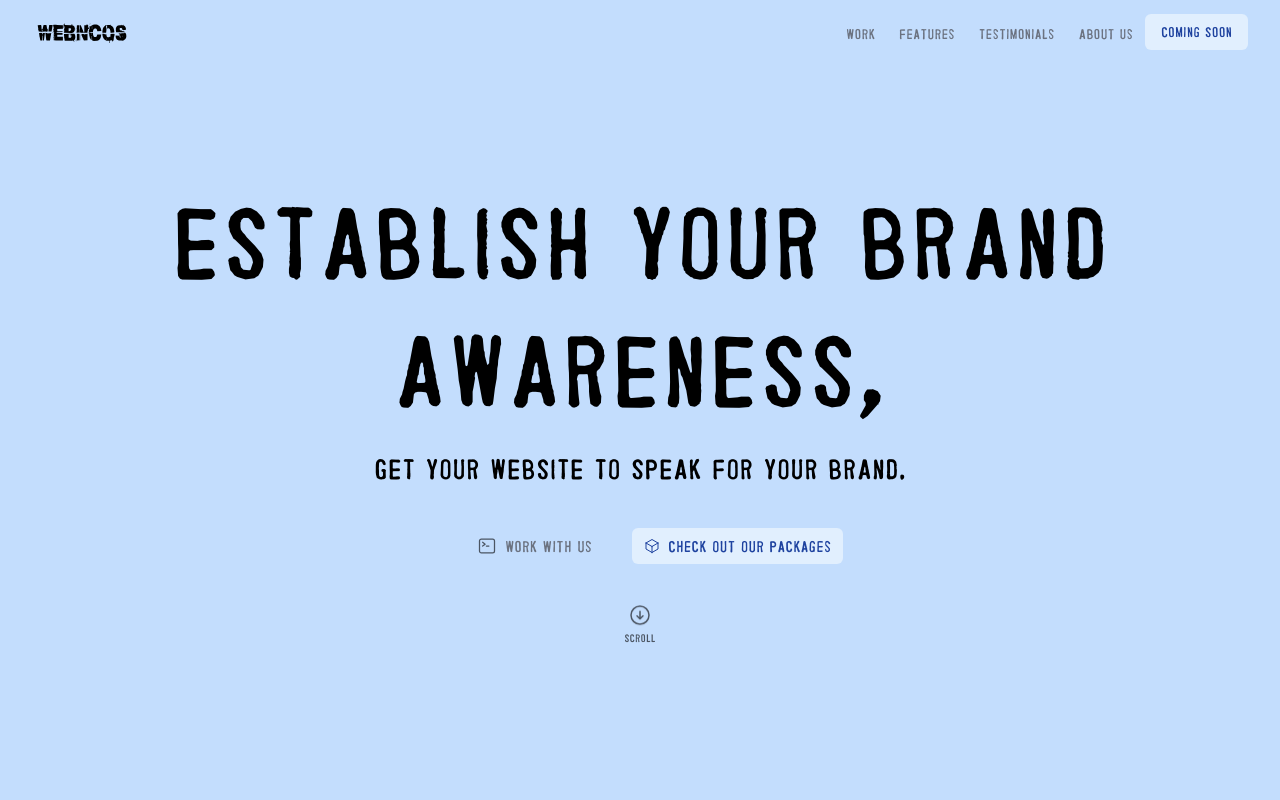
Repository: 1realjulius/webncos
Page: /
These files come from the project's save history. The page is drawn as it stood at one moment and after the next save; the edit follows.
The browser window is 1280 px wide. The pictures show the whole page.
The project was rebuilt for these pictures with package versions that can differ from the ones it lists, and the page was loaded fresh each time. The framework's server and built-in components were replaced by stand-ins that run in the browser. Also part of the build but not shown: next.config.js.

Above is the page before, as saved 2022-09-02 13:30:47.

### pages/index.tsx
import type { NextPage } from "next";
import Head from "next/head";
import ComingSoon from "../components/ComingSoon";
import MainHome from "../components/MainHome";
import NavigationBar from "../components/NavigationBar";

const Home: NextPage = () => {
  return (
    <div className="flex min-h-screen font-parcel flex-col bg-blue-200">
      <Head>
        <title>Webncos</title>
        <meta
          name="description"
          content="Website and Software Development Agency."
        />
        <meta property="og:type" content="website" />
        <meta property="og:url" content="https://www.webncos.com/" />
        <meta
          property="og:title"
          content="Webncos — Website and Software Development Agency."
        />
        <meta
          property="og:description"
          content="Website and Software Development Agency."
        />
        {/* <meta property="og:image" content="/Assets/newmemoji.svg"/> */}
        {/* <meta property="twitter:card" content="/Assets/Julius_Eghan.jpg"/> */}
        <meta property="twitter:url" content="https://www.webncos.com/" />
        <meta
          property="twitter:title"
          content="Webncos — Website and Software Development Agency."
        />
        <meta
          property="twitter:description"
          content="Website and Software Development Agency."
        />
        {/* <meta property="twitter:image" content="/Assets/Julius_Eghan.jpg"/> */}
        <link rel="icon" href="/favicon.ico" />
        <link
          rel="apple-touch-icon"
          sizes="180x180"
          href="/apple-touch-icon.png"
        />
        <link
          rel="icon"
          type="image/png"
          sizes="32x32"
          href="/favicon-32x32.png"
        />
        <link
          rel="icon"
          type="image/png"
          sizes="16x16"
          href="/favicon-16x16.png"
        />
        <link rel="manifest" href="/site.webmanifest" />
        {/* <meta name="google-site-verification" content="0HesePHVymRqGiL70HUKPIq0Zsap0uUIb_Ci0DpImRY" /> */}
        <meta
          name="theme-color"
          content="#2563eb"
          media="(prefers-color-scheme: light)"
        />
        <meta
          name="theme-color"
          content="#2563eb"
          media="(prefers-color-scheme: dark)"
        />
      </Head>
      <NavigationBar />
      <MainHome />
    </div>
  );
};

export default Home;

### styles/globals.css
@tailwind base;
@tailwind components;
@tailwind utilities;

@layer base{
      @font-face{
        font-family: 'ApercuBold';
        src: url("/Fonts/ApercuPro-Bold.woff") format("woff"),url("/Fonts/ApercuPro-Bold.woff2") format("woff2");
      }
      @font-face{
        font-family: 'ApercuMedium';
        src: url("/Fonts/ApercuPro-Medium.woff") format("woff"),url("/Fonts/ApercuPro-Medium.woff2") format("woff2");
      }
      @font-face{
        font-family: 'circularBlack';
        src: url("/Fonts/circular-black.woff2") format("woff2");
      }
      @font-face{
        font-family: 'circularBold';
        src: url("/Fonts/circular-bold.woff2") format("woff2");
      }
      @font-face{
        font-family: 'circularBook';
        src: url("/Fonts/circular-book.woff2") format("woff2");
      }
      @font-face{
        font-family: 'circularMedium';
        src: url("/Fonts/circular-medium.woff2") format("woff2");
      }
      @font-face{
        font-family: 'parcel';
        src: url("/Fonts/parcel.woff2") format("woff2"), url("/Fonts/parcel.woff") format("woff");
      }
    }

### components/NavigationBar.tsx
/* This example requires Tailwind CSS v2.0+ */
import { Fragment } from "react";
import { Disclosure, Menu, Transition } from "@headlessui/react";
import { BellIcon, MenuIcon, XIcon } from "@heroicons/react/outline";
import Link from "next/link";
import Image from "next/image";

function classNames(...classes: string[]) {
  return classes.filter(Boolean).join(" ");
}

export default function NavigationBar() {
  return (
    <Disclosure as="nav" className="bg-blue-200">
      {({ open }) => (
        <>
          <div className="max-w-7xl mx-auto px-4 sm:px-6 lg:px-8">
            <div className="flex justify-between h-16">
              <div className="flex">
                <div className="flex-shrink-0 flex items-center">
                  {/* the logo */}
                  <Link href="#">
                    <Image
                      src="/Assets/webncos-logo-lg.svg"
                      width={100}
                      height={22}
                      alt="webncos logo"
                      className=""
                    />
                  </Link>
                </div>
                <div className="hidden sm:ml-6 sm:flex sm:space-x-8"></div>
              </div>
              <div className="hidden sm:ml-6 sm:flex sm:items-center">
                <a
                  href="#"
                  className="text-gray-500 text-lg hover:text-gray-900 inline-flex items-center px-3 pt-1 "
                >
                  Work
                </a>
                <a
                  href="#"
                  className="text-gray-500 text-lg hover:text-gray-900 inline-flex items-center px-3 pt-1 "
                >
                  Features
                </a>
                <a
                  href="#"
                  className=" text-gray-500 hover:text-gray-900 inline-flex items-center px-3 pt-1  text-lg"
                >
                  Testimonials
                </a>
                <a
                  href="#"
                  className=" text-gray-500 hover:text-gray-900 inline-flex items-center px-3 pt-1  text-lg"
                >
                  About Us
                </a>
                <Link href="#">
                  <div className="px-4 py-1 bg-blue-100 active:bg-blue-300 rounded-md cursor-pointer">
                    <h2 className="text-blue-800 text-lg">Coming Soon</h2>
                  </div>
                </Link>
              </div>
              <div className="-mr-2 flex items-center sm:hidden">
                {/* Mobile menu button */}
                <Disclosure.Button className="inline-flex items-center justify-center p-2 rounded-full text-black hover:text-blue-800 hover:bg-blue-300 ">
                  <span className="sr-only">Open main menu</span>
                  {open ? (
                    <XIcon className="block h-6 w-6" aria-hidden="true" />
                  ) : (
                    <MenuIcon className="block h-6 w-6" aria-hidden="true" />
                  )}
                </Disclosure.Button>
              </div>
            </div>
          </div>

          <Disclosure.Panel className="sm:hidden border-2 border-blue-400 bg-blue-300 rounded-lg px-2 mx-2">
            <div className="flex flex-col pt-2 space-y-1 items-center">
              <a
                className="hover:bg-blue-200 w-full text-center py-2 rounded-md text-lg"
                href="#"
              >
                Work
              </a>
              <a
                className="hover:bg-blue-200 w-full text-center py-2 rounded-md text-lg"
                href="#"
              >
                Features
              </a>
              <a
                className="hover:bg-blue-200 w-full text-center py-2 rounded-md text-lg"
                href="#"
              >
                Testimonials
              </a>
              <a
                className="hover:bg-blue-200 w-full text-center py-2 rounded-md text-lg"
                href="#"
              >
                About Us
              </a>
            </div>
            <div className="flex py-2 items-center justify-center">
              <Link href="#">
                <div className="px-3 py-1 bg-blue-100 active:bg-blue-300 rounded-md cursor-pointer">
                  <h2 className="text-blue-800 text-lg">Coming Soon</h2>
                </div>
              </Link>
            </div>
          </Disclosure.Panel>
        </>
      )}
    </Disclosure>
  );
}

### tailwind.config.js
/** @type {import('tailwindcss').Config} */
module.exports = {
  content: [
    './pages/**/*.{js,ts,jsx,tsx}',
    './components/**/*.{js,ts,jsx,tsx}',
    "./node_modules/flowbite-react/**/*.js",
  ],
  theme: {
    extend: {
      fontFamily: {
        ApercuBold: 'ApercuBold, sans',
        ApercuMedium: 'ApercuMedium, sans',
        circularBlack: 'circularBlack, sans',
        circularBold: 'circularBold, sans',
        circularBook: 'circularBook, sans',
        circularMedium: 'circularMedium, sans',
        parcel: 'parcel, sans',
      },
    },
  },
  plugins: [
    require("flowbite/plugin")
  ],
}

Loaded but not shown: pages/_app.tsx (common file); pages/api/hello.ts (common file); components/MainHome.tsx (272 lines, source omitted)

After the next save:
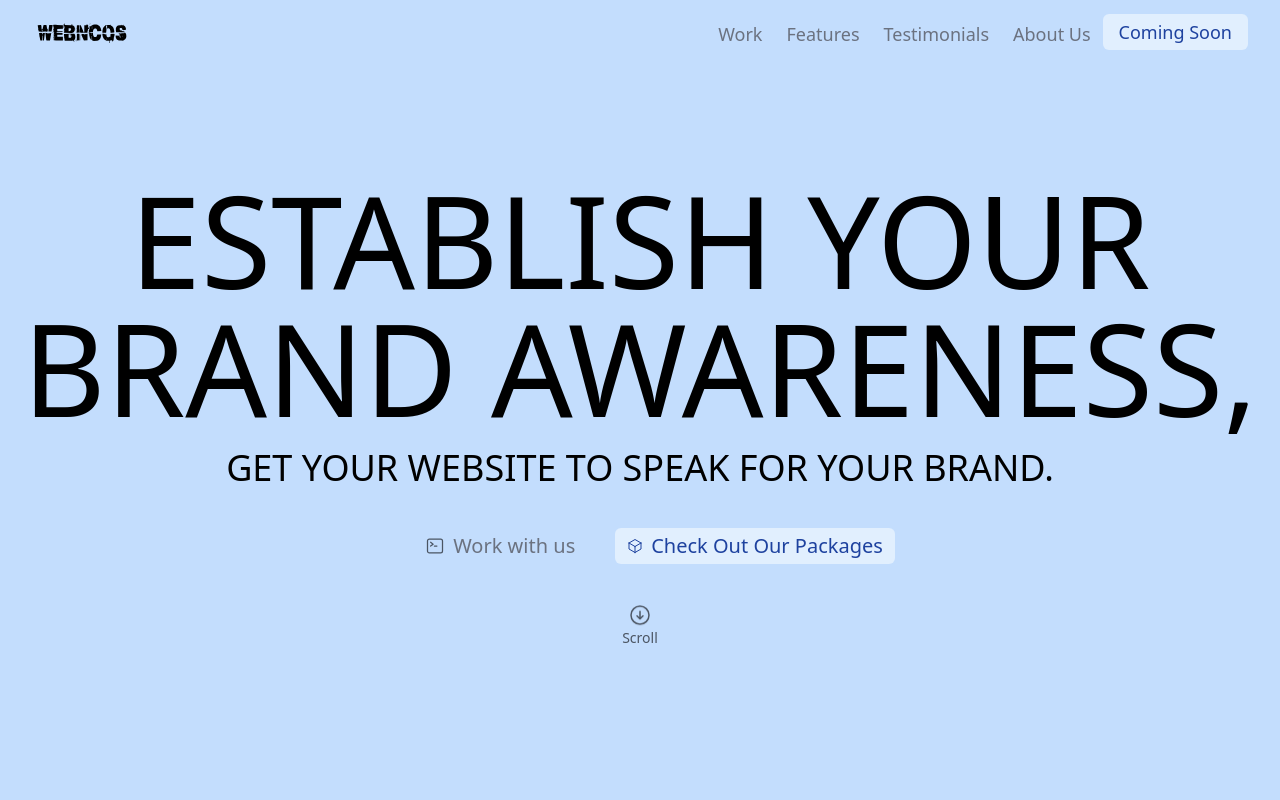
Saved 20 s later.
--- a/tailwind.config.js
+++ b/tailwind.config.js
@@ -14,7 +14,7 @@ module.exports = {
         circularBold: 'circularBold, sans',
         circularBook: 'circularBook, sans',
         circularMedium: 'circularMedium, sans',
-        parcel: 'parcel, sans',
+        Parcel: 'Parcel, sans',
       },
     },
   },

After the 3 saves that followed:
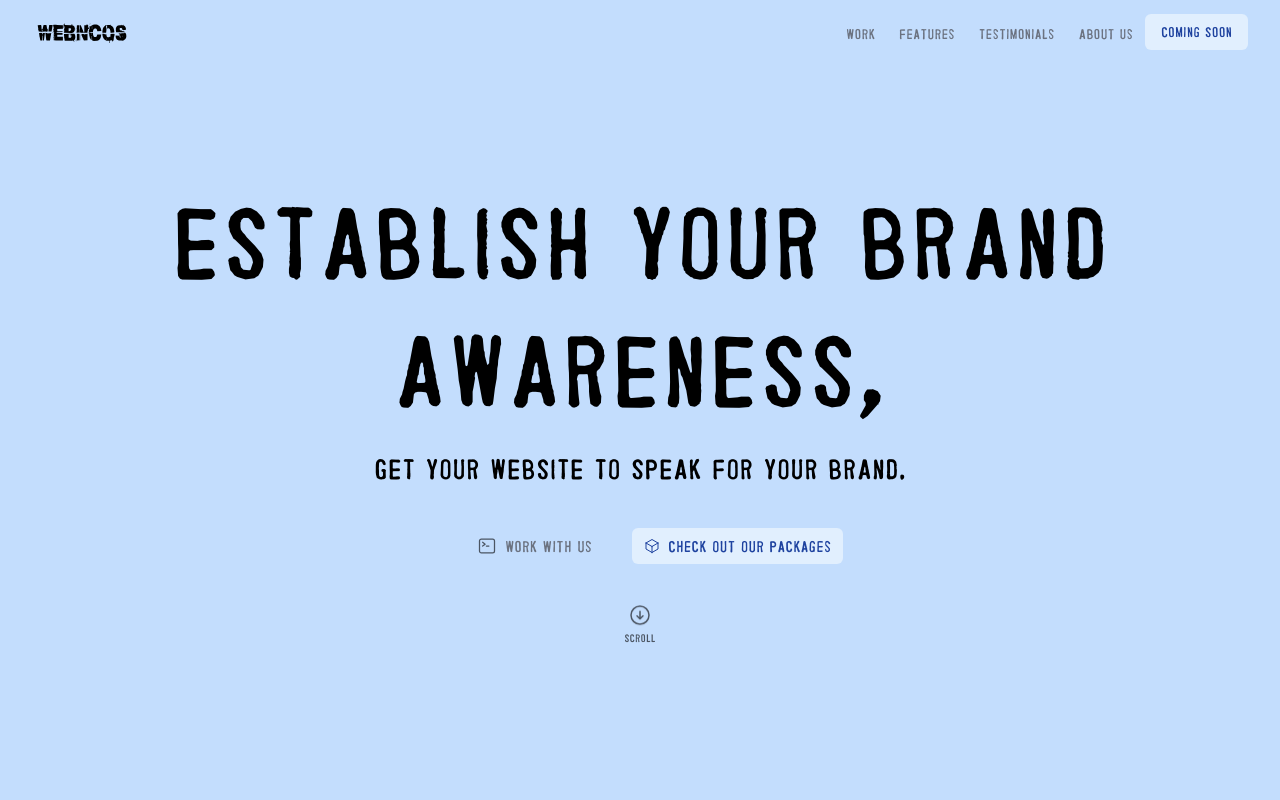
The 3 saves are shown as one change because 2 left the picture as it was.
The last was saved 44 s later.
--- a/pages/index.tsx
+++ b/pages/index.tsx
@@ -6,7 +6,7 @@ import NavigationBar from "../components/NavigationBar";
 
 const Home: NextPage = () => {
   return (
-    <div className="flex min-h-screen font-parcel flex-col bg-blue-200">
+    <div className="flex min-h-screen font-Parcel flex-col bg-blue-200">
       <Head>
         <title>Webncos</title>
         <meta
--- a/styles/globals.css
+++ b/styles/globals.css
@@ -28,7 +28,7 @@
         src: url("/Fonts/circular-medium.woff2") format("woff2");
       }
       @font-face{
-        font-family: 'parcel';
+        font-family: 'Parcel';
         src: url("/Fonts/parcel.woff2") format("woff2"), url("/Fonts/parcel.woff") format("woff");
       }
     }
--- a/tailwind.config.js
+++ b/tailwind.config.js
@@ -14,7 +14,7 @@ module.exports = {
         circularBold: 'circularBold, sans',
         circularBook: 'circularBook, sans',
         circularMedium: 'circularMedium, sans',
-        Parcel: 'Parcel, sans',
+        Parcel: 'Parcel, Parcel',
       },
     },
   },
